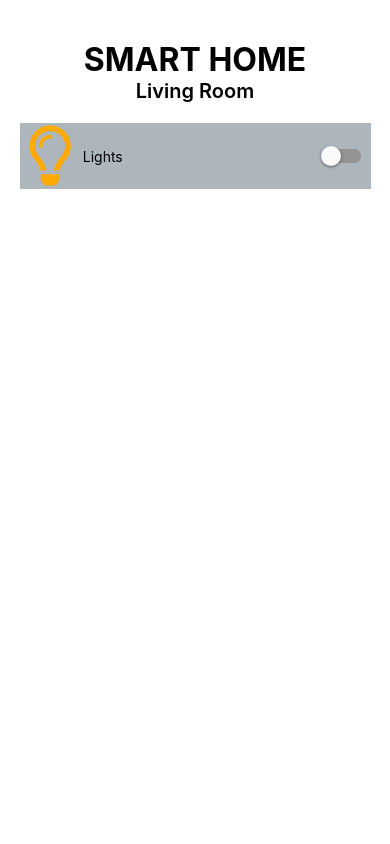
Repository: NQD2308/CNTT3
Screen: / (app in Week 5/home work/ListThietBi/)
An editor plug-in stored every save of this project. The screen is shown before and after the next save, followed by the edit.
The app was drawn by React Native's web renderer in a window 390 px wide. The project was rebuilt for these pictures with package versions that can differ from the ones it lists, and the page was loaded fresh each time.

Above is the screen before, as saved 2024-04-11 22:37:52.

After the next save:
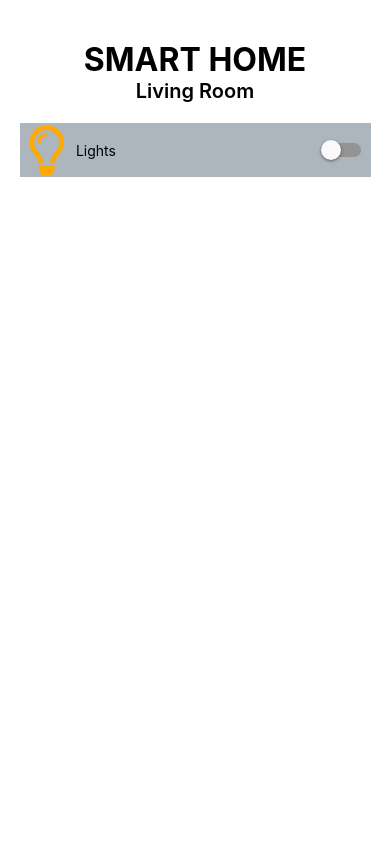
Saved 7 s later.
--- a/Week 5/home work/ListThietBi/App.js
+++ b/Week 5/home work/ListThietBi/App.js
@@ -10,7 +10,7 @@ export default function App() {
       <Text style={styles.headerLittleText}>Living Room</Text>
       <View style={styles.option}>
         <View style={styles.leftSide}>
-        <F5Icon name="lightbulb" size={60} color={'#ffaa00'} />
+        <F5Icon name="lightbulb" size={50} color={'#ffaa00'} />
         <Text>Lights</Text>
         </View>
         <Switch/>
